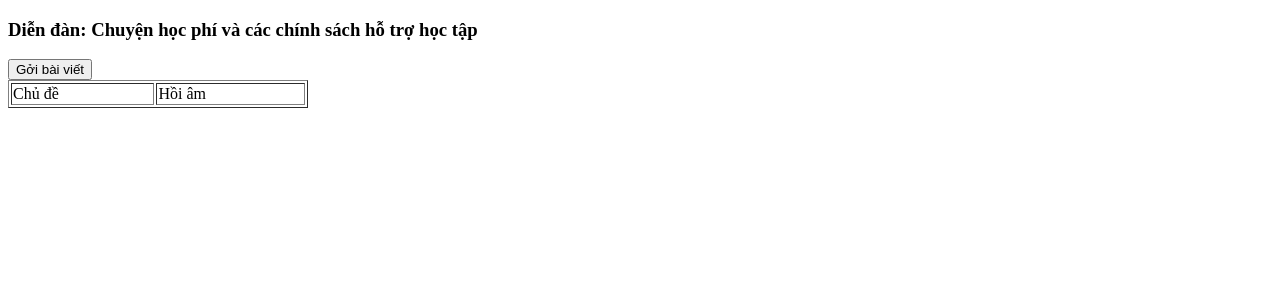
Repository: nguyenthanhnhan-st-961/GiuaKyChuyenDeWeb
Page: http://localhost/listTopics
These files come from the project's save history. The page is drawn as it stood at one moment and after the next save; the edit follows.
The browser window is 1280 px wide. The pictures show the whole page.
The page is this project's Thymeleaf template; nobody is signed in. The template is opened directly, without the code that normally fills it, so the values that code supplies are empty.

Above is the page before, as saved 2023-04-12 00:56:08.

### Forum/src/main/resources/templates/listTopics.html
<!DOCTYPE html>
<html xmlns:th="http://www.thymeleaf.org">
<head>
<meta charset="ISO-8859-1">
<title></title>
</head>
<body>
	<h3>Diễn đàn: Chuyện học phí và các chính sách hỗ trợ học tập</h3>

	<a href="#"><button type="button">Gởi bài viết</button></a>

	<table border="1" style="width:300px">
		<thead>
			<tr>
				<td>Chủ đề</td>
				<td>Hồi âm</td>
			</tr>
		</thead>
		<tbody>
			<tr th:each="topic : ${topics}">
				<td>
					<a th:href="@{/showTopic (id=${topic.getId()})}" th:text="${topic.title}"></a><br>
						 <p th:with="newMessage=${topic.getNewMessage()}">
							 Bài mới nhất by
							 <a href="#" th:if="${newMessage != null}" th:text="${newMessage.creator.username}"></a>,
							 <a href="#" th:if="${newMessage == null}" th:text="${topic.creator.username}"></a>,
							<span th:text="${topic.createdTime}"></span>

						 </p>
				</td>
				<td th:text="${topic.messages.size()}"></td>
			</tr>
		</tbody>
	</table>
</body>
</html>

After the next save:
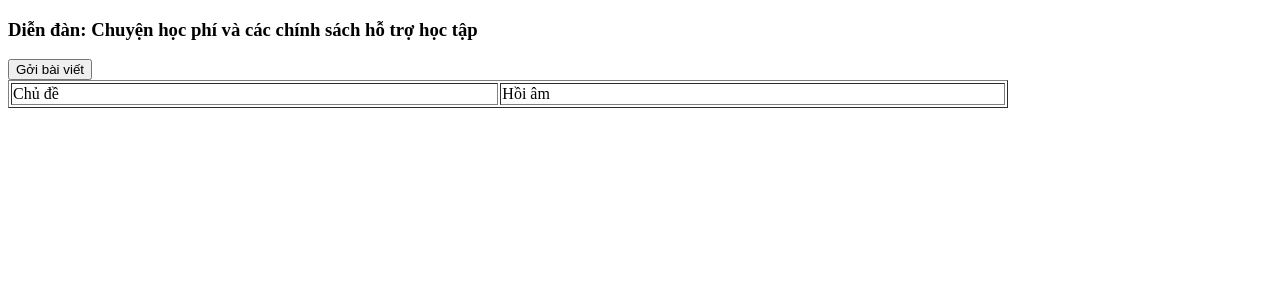
Saved 13 s later.
--- a/Forum/src/main/resources/templates/listTopics.html
+++ b/Forum/src/main/resources/templates/listTopics.html
@@ -9,7 +9,7 @@
 
 	<a href="#"><button type="button">Gởi bài viết</button></a>
 
-	<table border="1" style="width:300px">
+	<table border="1" style="width:1000px">
 		<thead>
 			<tr>
 				<td>Chủ đề</td>
